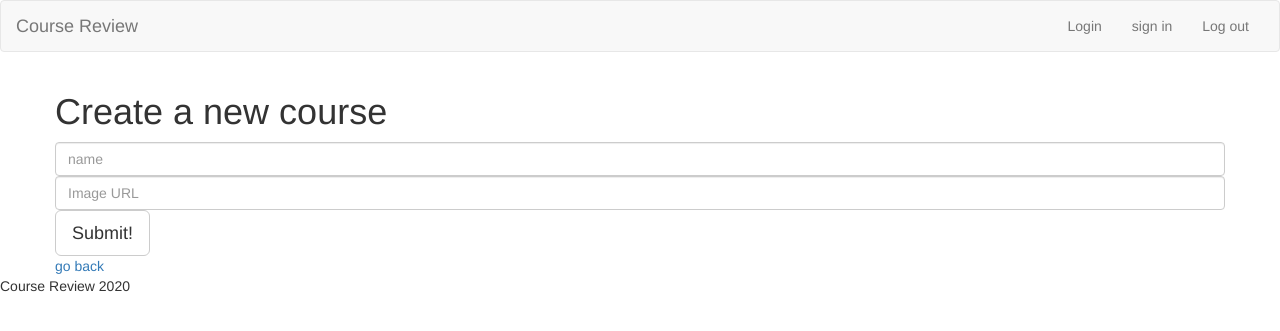
Repository: codewangg/CourseReview
Page: http://localhost/courses/new
These files come from the project's save history. The page is drawn as it stood at one moment and after the next save; the edit follows.
The browser window is 1280 px wide. The pictures show the whole page.
The page is served by the project's Node server (app.js).

Above is the page before, as saved 2020-08-15 18:44:16.

### views/new.ejs
<%- include('partials/header')%>

<div class="container">
    <div class="row">
        <h1>Create a new course</h1>
        <form action="/courses" method="POST">
            <input class="form-control" type="text" name="name" placeholder="name">
            <input class="form-control" type="text" name="image" placeholder="Image URL">
            <button class="btn btn-lg btn-default">Submit!</button>
        </form>

        <a href="/courses">go back</a>
    </div>
</div>
<%- include('partials/footer')%>

### views/partials/header.ejs
<!DOCTYPE html>
<html>
    <head>
        <title>CourseReview</title>
        <link rel="stylesheet" href="https://stackpath.bootstrapcdn.com/bootstrap/3.4.1/css/bootstrap.min.css" integrity="sha384-HSMxcRTRxnN+Bdg0JdbxYKrThecOKuH5zCYotlSAcp1+c8xmyTe9GYg1l9a69psu" crossorigin="anonymous">
    </head>
    <body>
    <nav class="navbar navbar-default">
        <div class="container-fluid">
            <div class="navbar-header">
                <a class="navbar-brand" href="/">Course Review</a>
            </div>
            <div class="collapse navbar-collapse">
                <ul class="nav navbar-nav navbar-right">
                    <li><a href="/">Login</a></li>
                    <li><a href="/">sign in</a></li>
                    <li><a href="/">Log out</a></li>
                </ul>

            </div>
        </div>
    </nav>

### views/partials/footer.ejs
    <p>Course Review 2020</p>
    </body>
</html>

### app.js
const express = require("express");
const app = express();
const bodyParser = require("body-parser");

app.use(bodyParser.urlencoded({extended: true}));
app.set('view engine', "ejs");

app.get("/", (req, res) => {
    res.render("landing");
});

    var courses = [
        {name: "mlp", image:"https://images.pexels.com/photos/1108099/pexels-photo-1108099.jpeg?auto=compress&cs=tinysrgb&dpr=1&w=500"},
        {name: "mlp", image:"https://encrypted-tbn0.gstatic.com/images?q=tbn%3AANd9GcT-NC1h3PdhKKSTUu0S-Y6QtGSz1PWCNL4MXA&usqp=CAU"},
        {name: "mlp", image:"https://encrypted-tbn0.gstatic.com/images?q=tbn%3AANd9GcT-NC1h3PdhKKSTUu0S-Y6QtGSz1PWCNL4MXA&usqp=CAU"},
        {name: "mlp", image:"https://encrypted-tbn0.gstatic.com/images?q=tbn%3AANd9GcT-NC1h3PdhKKSTUu0S-Y6QtGSz1PWCNL4MXA&usqp=CAU"},
        {name: "mlp", image:"https://encrypted-tbn0.gstatic.com/images?q=tbn%3AANd9GcT-NC1h3PdhKKSTUu0S-Y6QtGSz1PWCNL4MXA&usqp=CAU"},
        {name: "mlpr", image:"https://encrypted-tbn0.gstatic.com/images?q=tbn%3AANd9GcSGI0qdCZ_bsxabXEma4kZT2N8-lln603NiPA&usqp=CAU"}
    ]

app.get("/courses", (req, res)=>{


    res.render("courses",{courses:courses});
});

app.post("/courses", (req, res)=>{
    var name = req.body.name;
    var image = req.body.image;
    var newcourse = {name: name, image: image}
    courses.push(newcourse);
    res.redirect("/courses");
});

app.get("/courses/new", (req, res)=>{
    res.render("new.ejs");
});

//process.env.PORT process.env.IP
app.listen(3000, 'localhost', function(){
    console.log("server has started!");
    //console.log(process.env.PORT);
});

After the next save:
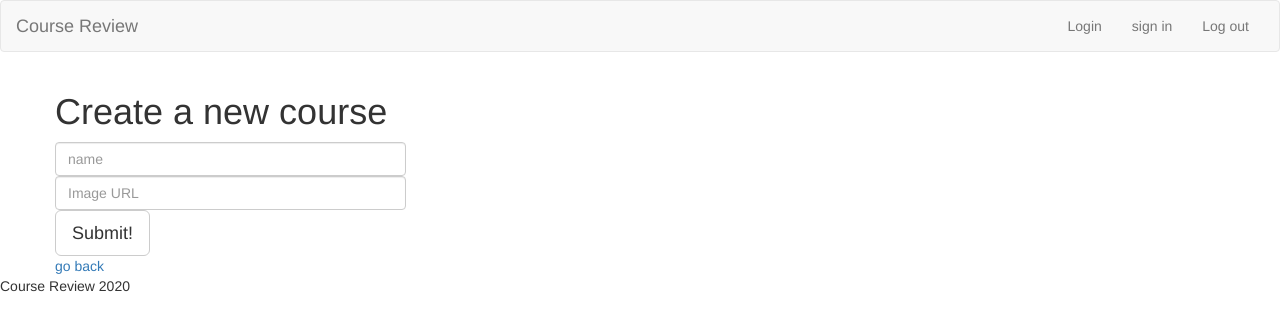
Saved 44 s later.
--- a/views/new.ejs
+++ b/views/new.ejs
@@ -3,11 +3,14 @@
 <div class="container">
     <div class="row">
         <h1>Create a new course</h1>
-        <form action="/courses" method="POST">
-            <input class="form-control" type="text" name="name" placeholder="name">
-            <input class="form-control" type="text" name="image" placeholder="Image URL">
-            <button class="btn btn-lg btn-default">Submit!</button>
-        </form>
+        <div style="width: 30%;">
+            <form action="/courses" method="POST">
+                <input class="form-control" type="text" name="name" placeholder="name">
+                <input class="form-control" type="text" name="image" placeholder="Image URL">
+                <button class="btn btn-lg btn-default">Submit!</button>
+            </form>
+        </div>
+
 
         <a href="/courses">go back</a>
     </div>
